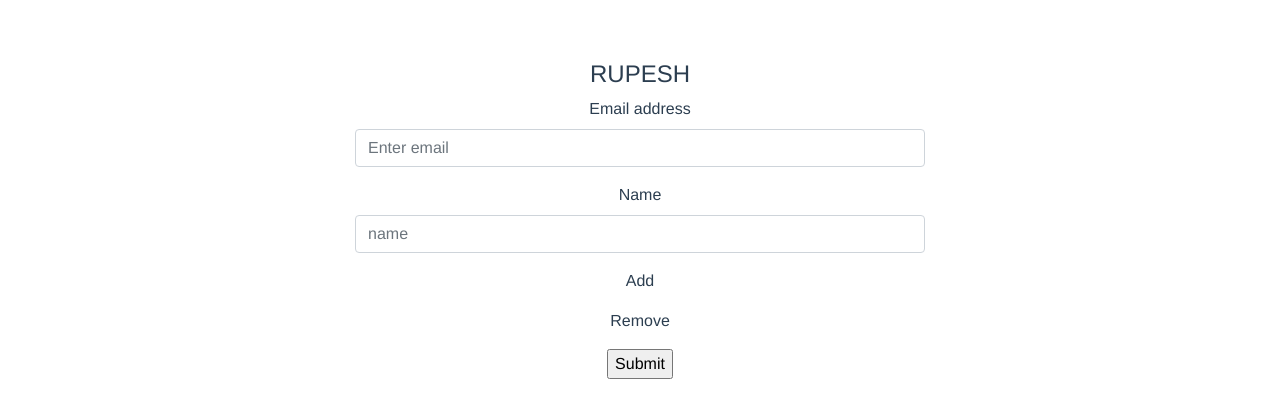
Repository: rupeshpawar93/vue-profile
Page: /company-form
These files come from the project's save history. The page is drawn as it stood at one moment and after a run of saves; the edit follows.
The browser window is 1280 px wide. The pictures show the whole page.
The project was rebuilt for these pictures with package versions that can differ from the ones it lists, and the page was loaded fresh each time. Also part of the build but not shown: webpack.config.js, src/components/Portfolio.vue, src/components/PortfolioDetail.vue, src/components/Mycart.vue.

Above is the page before, as saved 2019-11-06 15:15:50.

### index.html
<!DOCTYPE html>
<html lang="en">
  <head>
    <meta charset="utf-8">
    <title>Portfolio Manager</title>
  </head>
  <body>
    <div id="app"></div>
    <script src="/dist/build.js"></script>
  </body>
</html>

### src/main.js
import Vue from 'vue'
import BootstrapVue from 'bootstrap-vue'
import 'bootstrap/dist/css/bootstrap.css'
import 'bootstrap-vue/dist/bootstrap-vue.css'
import App from './App'
import router from './router'
import { store } from './store/store.js'

Vue.use(BootstrapVue)

Vue.config.productionTip = false

new Vue({
	el: '#app',
	router,
	store,
	template: '<App/>',
	components: { App }
})

### src/App.vue
<template>
  <div id="app">
    <router-view></router-view>
  </div>
</template>

<script>
	export default {
	  name: 'app'
	}
</script>


<style>
	#app {
		font-family: 'Avenir', Helvetica, Arial, sans-serif;
		-webkit-font-smoothing: antialiased;
		-moz-osx-font-smoothing: grayscale;
		text-align: center;
		color: #2c3e50;
		margin-top: 60px;
	}

	h1, h2 {
		font-weight: normal;
	}
</style>

### src/router/index.js
import Vue from 'vue'
import Router from 'vue-router'
import Portfolio from '@/components/Portfolio'
import PortfolioDetail from '@/components/PortfolioDetail'
import MyCart from '@/components/Mycart'
import Company from '@/components/Company'
Vue.use(Router)

export default new Router({
    mode: 'history',
    routes: [
        {
            path: '/',
            name: 'Portfolio',
            component: Portfolio
        },
        {
            path: '/portfolio/detail',
            name: 'mycart',
            component: MyCart,
            props:true
        },
        {
            path:'/company-form',
            name: 'company',
            component: Company
        }
    ]
})

### src/store/store.js
import Vue from 'vue'
import Vuex from 'vuex'

Vue.use(Vuex)
export const store = new Vuex.Store({
    state: {
        myshare:0,
        sharePrice:0,
        first_name:'rupesh'
    },
    getters: {
        upperCase:state=>state.first_name.toUpperCase()
    },
    mutations: {
        increment(state,flag) {
            ++state.myshare
        },
        decrement(state,flag) {
            --state.myshare
        },
        addPrice(state,price) {
            state.sharePrice=state.sharePrice+price
        },
        minusPrice(state,price) {
            state.sharePrice=state.sharePrice-price
        }
    },
    actions: {
        addIncrement(context,flag) {
            if(flag){
                context.commit('increment')
            } else {
                context.commit('decrement')
            }
        },
        addPriceValue(context,[flag,price]) {
            if(flag) {
                context.commit('addPrice',price)
            } else {
                context.commit('minusPrice',price)
            }
        }
    }
});

### src/components/Company.vue
<template>
    <div>
        <h4>{{name}}</h4>
        <h3>{{company}}</h3>
        <form class="container" @submit.prevent="checkForm">
            <div v-for="(item,index) in items" v-bind:key="index">
                <div class="form-group">
                    <label for="exampleInputEmail1">Email address</label>
                    <input type="email" class="form-control" value=""  aria-describedby="emailHelp" v-model="item.email" placeholder="Enter email">
                </div>
                <div class="form-group">
                    <label for="exampleInputPassword1">Name</label>
                    <input type="text" class="form-control" value="" id="exampleInputPassword1" placeholder="name" v-model="item.name">
                </div>
            </div>
             <p @click="addnew">Add</p>
              <p @click="remove">Remove</p>
             <div class="form-group">
                <input type="submit" value="Submit">
            </div>
        </form>
    </div>
</template>
<style scoped>
    .container {
        width:600px;
        margin: 0 auto;
    }
</style>>

</style>
<script>
import Input from './../reuse/input'
export default {
    name: 'Company',
    data() {
        return {
            company:'',
            items:[]
        }
    },
    components: {Input},
    computed: {
        name() {
           return this.$store.getters.upperCase
        }
    },
    created() {
        this.company = this.$route.params.item.Company
    },
    methods: {
        checkForm() {
            console.log(this.items);
        },
        addnew() {
            this.items.push([
              {  email:null,
                name:null
            }])
        },
        remove() {
            this.items.splice(0,1)
        }
    },
    mounted() {
        this.addnew()
    }
}
</script>

### src/reuse/input.vue
<template>
   <div class="form-group">
        <label for="exampleInputPassword1">Name</label>
        <input type="text" class="form-control" value="" id="exampleInputPassword1" placeholder="name" v-model="item.name">
    </div>
</template>

<script>
export default {
    name:'Input',
    props:{

    }
}
</script>

After the next 2 saves:
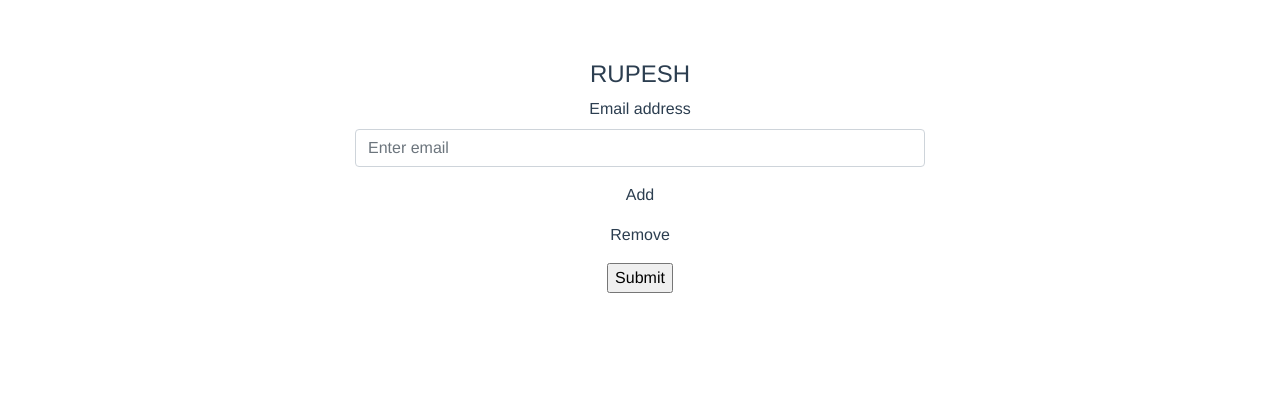
The 2 saves are shown as one change because they came seconds apart.
The last was saved 25 s later.
--- a/src/components/Company.vue
+++ b/src/components/Company.vue
@@ -8,10 +8,11 @@
                     <label for="exampleInputEmail1">Email address</label>
                     <input type="email" class="form-control" value=""  aria-describedby="emailHelp" v-model="item.email" placeholder="Enter email">
                 </div>
-                <div class="form-group">
+                <Input />
+                <!-- <div class="form-group">
                     <label for="exampleInputPassword1">Name</label>
                     <input type="text" class="form-control" value="" id="exampleInputPassword1" placeholder="name" v-model="item.name">
-                </div>
+                </div> -->
             </div>
              <p @click="addnew">Add</p>
               <p @click="remove">Remove</p>
